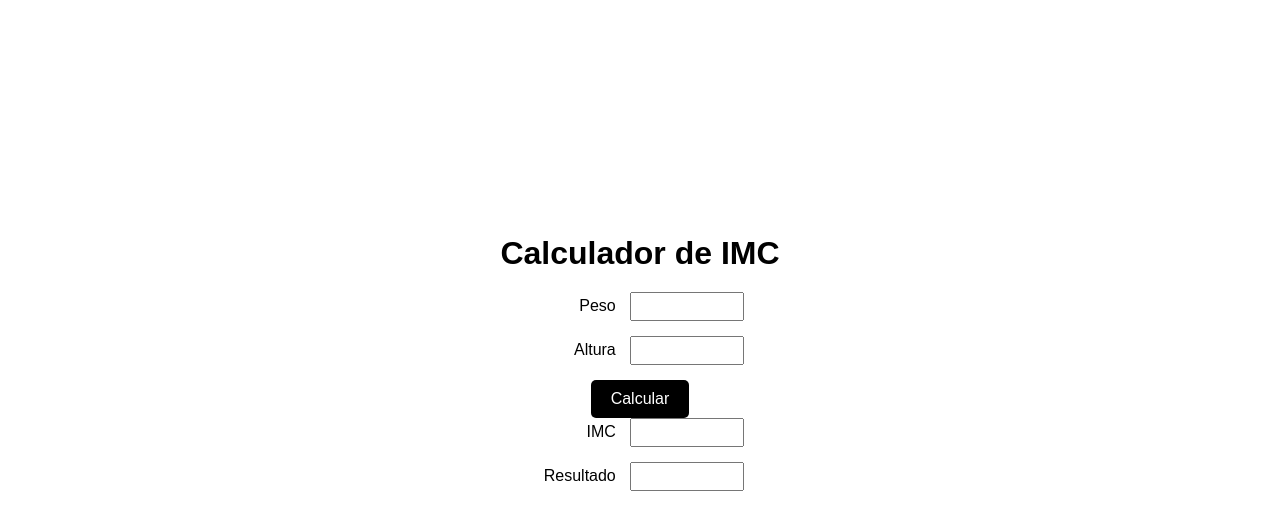
Repository: Gabrielb0rn/JavaScript-HTML.io
Page: atividade 7/index.html
These files come from the project's save history. The page is drawn as it stood at one moment and after the next save; the edit follows.
The browser window is 1280 px wide. The pictures show the whole page.

Above is the page before, as saved 2024-07-04 11:16:23.

### atividade 7/index.html
<!DOCTYPE html>
<html lang="pt-BR">
<head>
    <meta charset="UTF-8">
    <meta name="viewport" content="width=device-width, initial-scale=1.0">
    <title>Calculador de IMC</title>
    <link rel="stylesheet" href="assets/style.css">
</head>
<body>
    <div class="imc-container">
        <h1>Calculador de IMC</h1>
        <form id="imc-form">
            <div class="input-group">
                <label for="peso">Peso</label>
                <input type="number" id="peso" required>
            </div>
            <div class="input-group">
                <label for="altura">Altura</label>
                <input type="number" id="altura" step="0.01" required>
            </div>
            <button type="button" onclick="calcularIMC()">Calcular</button>
            <div class="result-group">
                <label for="imc">IMC</label>
                <input type="text" id="imc" readonly>
            </div>
            <div class="result-group">
                <label for="resultado">Resultado</label>
                <input type="text" id="resultado" readonly>
            </div>
        </form>
    </div>
    <script src="assets/scripts.js"></script>
</body>
</html>

### atividade 7/assets/style.css
body {
    font-family: Arial, sans-serif;
    display: flex;
    justify-content: center;
    align-items: center;
    height: 100vh;
    margin: 0;
}

.imc-container {
    text-align: center;
}

h1 {
    margin-bottom: 20px;
}

.input-group, .result-group {
    margin-bottom: 15px;
}

label {
    display: inline-block;
    width: 80px;
    text-align: right;
    margin-right: 10px;
}

input[type="number"], input[type="text"] {
    width: 100px;
    padding: 5px;
}

button {
    padding: 10px 20px;
    font-size: 16px;
    cursor: pointer;
    background-color: #000;
    color: #fff;
    border: none;
    border-radius: 5px;
}

### atividade 7/assets/scripts.js
function calcularIMC() {
    const peso = parseFloat(document.getElementById('peso').value);
    const altura = parseFloat(document.getElementById('altura').value);
    if (isNaN(peso) || isNaN(altura) || altura === 0) {
        alert("Por favor, insira valores válidos.");
        return;
    }

    const imc = peso / (altura * altura);
    document.getElementById('imc').value = imc.toFixed(2);

    let resultado;
    if (imc < 18.5) {
        resultado = "Abaixo do peso";
    } else if (imc < 24.9) {
        resultado = "Peso normal";
    } else if (imc < 29.9) {
        resultado = "Sobrepeso";
    } else {
        resultado = "Obesidade";
    }
    document.getElementById('resultado').value = resultado;
}

After the next save:
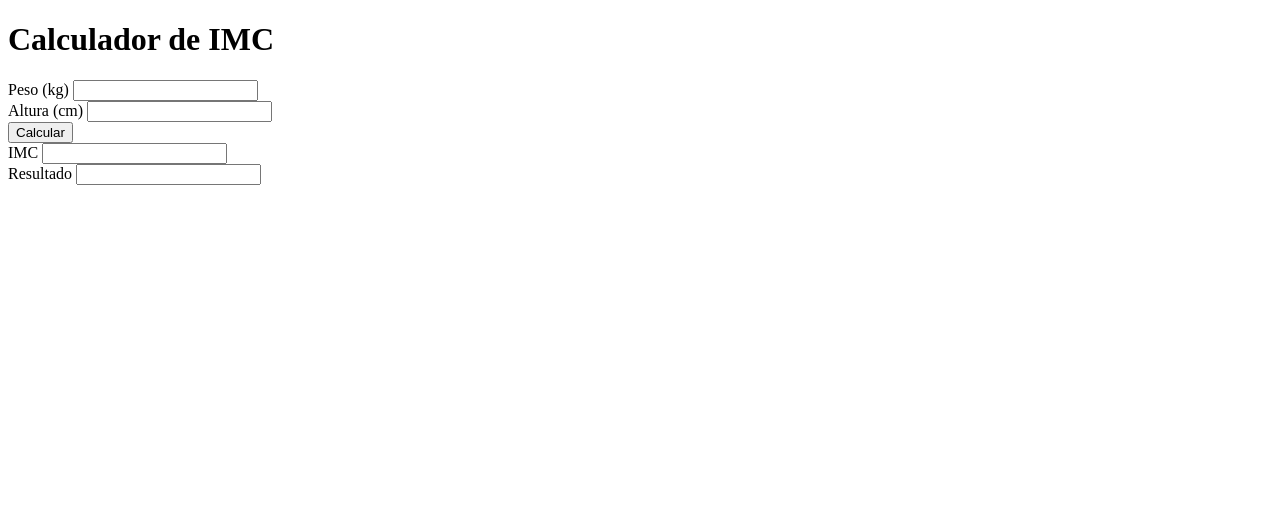
Not found: atividade 7/script.js
Not found: atividade 7/styles.css
Saved 97 s later.
--- a/atividade 7/index.html
+++ b/atividade 7/index.html
@@ -4,18 +4,18 @@
     <meta charset="UTF-8">
     <meta name="viewport" content="width=device-width, initial-scale=1.0">
     <title>Calculador de IMC</title>
-    <link rel="stylesheet" href="assets/style.css">
+    <link rel="stylesheet" href="styles.css">
 </head>
 <body>
     <div class="imc-container">
         <h1>Calculador de IMC</h1>
         <form id="imc-form">
             <div class="input-group">
-                <label for="peso">Peso</label>
+                <label for="peso">Peso (kg)</label>
                 <input type="number" id="peso" required>
             </div>
             <div class="input-group">
-                <label for="altura">Altura</label>
+                <label for="altura">Altura (cm)</label>
                 <input type="number" id="altura" step="0.01" required>
             </div>
             <button type="button" onclick="calcularIMC()">Calcular</button>
@@ -29,6 +29,6 @@
             </div>
         </form>
     </div>
-    <script src="assets/scripts.js"></script>
+    <script src="script.js"></script>
 </body>
 </html>
